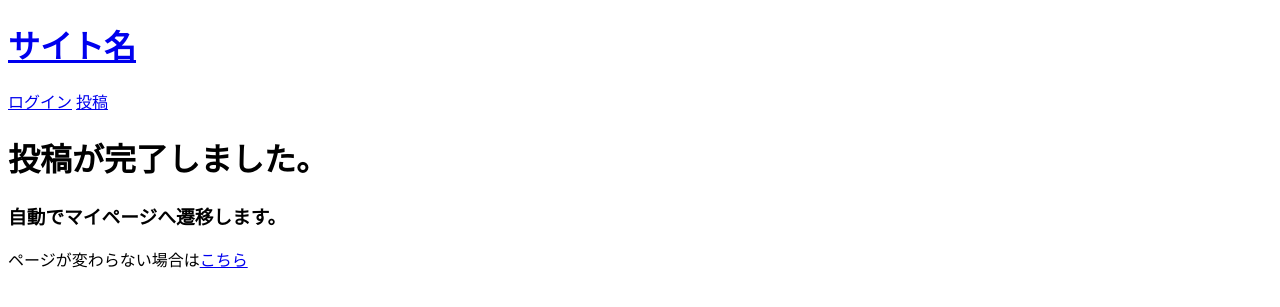
Repository: Take-01/frinob
Page: http://localhost/tktest/postComplete.jsp
These files come from the project's save history. The page is drawn as it stood at one moment and after the next save; the edit follows.
The browser window is 1280 px wide. The pictures show the whole page.
The page is served by Tomcat 9.

Above is the page before, as saved 2019-05-29 04:44:07.

After the next save:
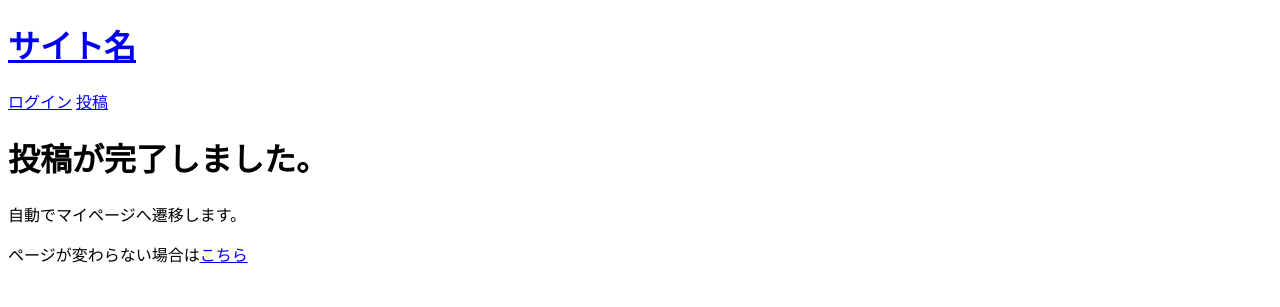
Saved 14 s later.
--- a/tktest/WebContent/postComplete.jsp
+++ b/tktest/WebContent/postComplete.jsp
@@ -15,7 +15,7 @@
 
 	<div id="main">
 		<h1>投稿が完了しました。</h1>
-		<h3>自動でマイページへ遷移します。</h3>
+		<p>自動でマイページへ遷移します。</p>
 		<p>ページが変わらない場合は<a href='<s:url action="MyPageAction"/>'>こちら</a></p>
 	</div>
 </body>
